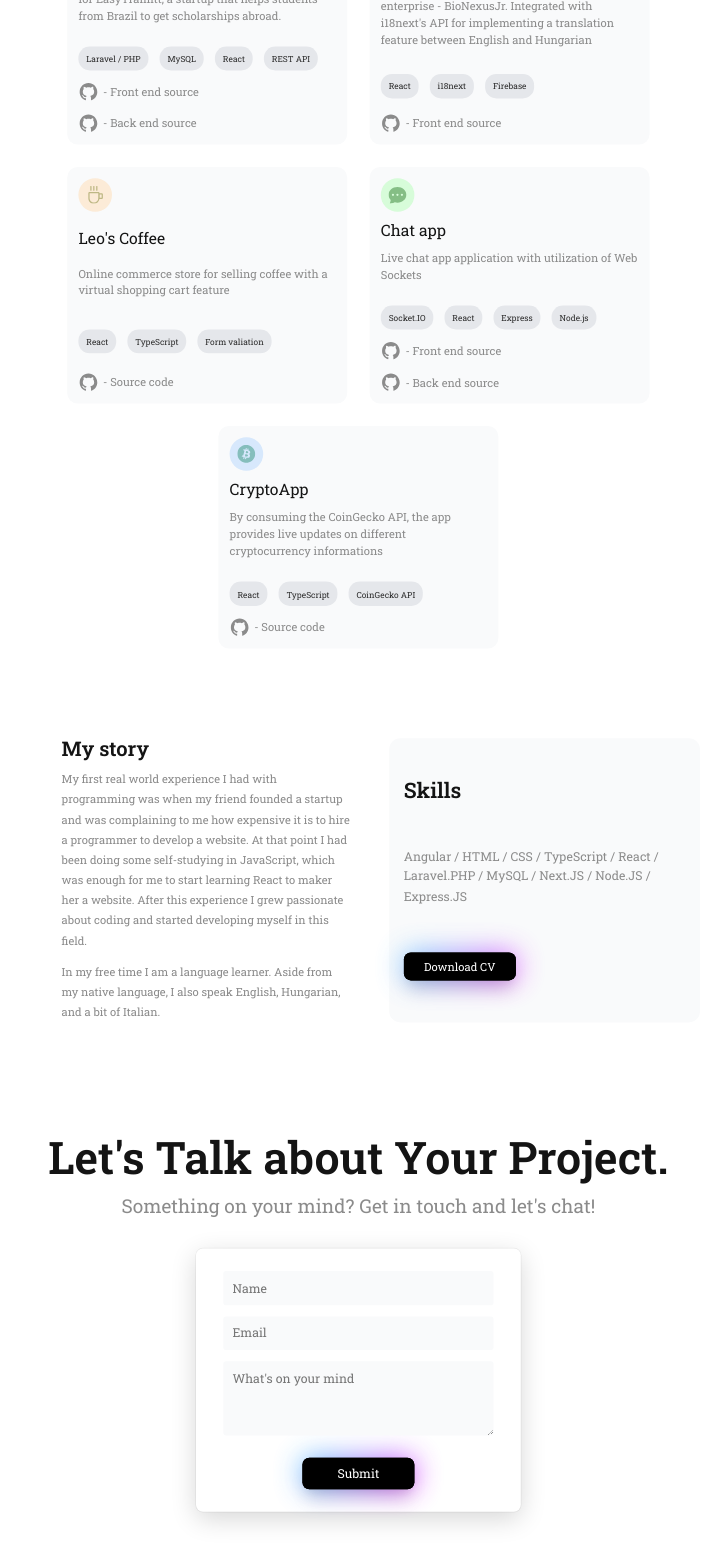
Repository: Leoka2000/portfolio-final
Page: /
These files come from the project's save history. The page is drawn as it stood at one moment and after the next save; the edit follows.
The browser window is 1024 px wide. The pictures show the part of the page from y = 1361 to 3601 px (the page is 3601 px tall before and 3572 px after), at 70% of full size.
Some web fonts or font styles are not loaded; a fallback is used. The project was rebuilt for these pictures with package versions that can differ from the ones it lists, and the page was loaded fresh each time. Some packages were replaced by stand-ins written for this rebuild. Also part of the build but not shown: src/App.css. Imported but missing from the stored project, and not drawn on this page: src/assets/BioNexus.mp4, src/assets/LeoCV.pdf, src/assets/ScholarSearch.mp4, src/assets/chat-app.mp4.

Above is the page before, as saved 2023-09-27 14:24:57.

After the next save:
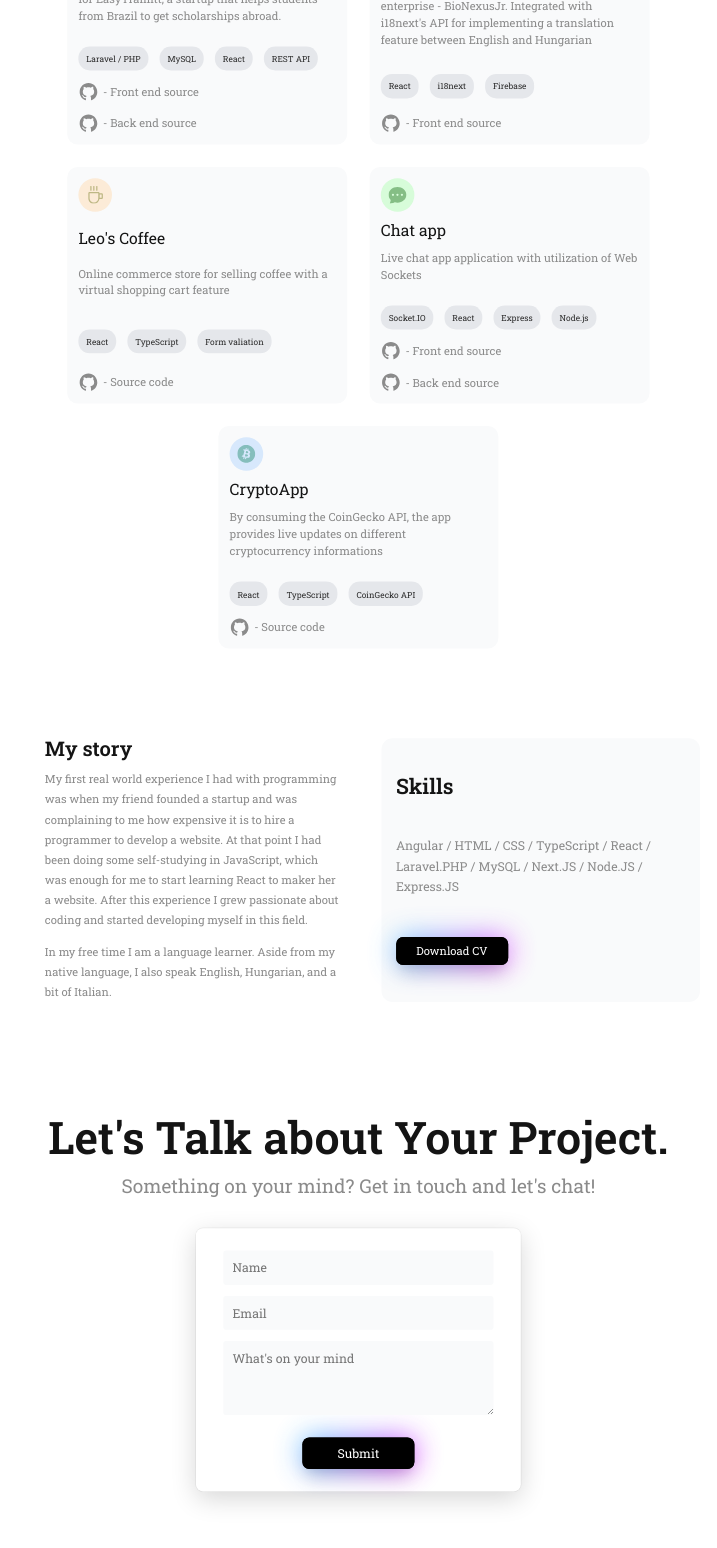
Saved 49 s later.
--- a/src/pages/main/about/about.css
+++ b/src/pages/main/about/about.css
@@ -120,7 +120,7 @@ color: black;
     }
     .left {
         width: 40rem;
-        padding-left: 1.5rem;
+        padding-left: 0rem;
     }
 }
 
